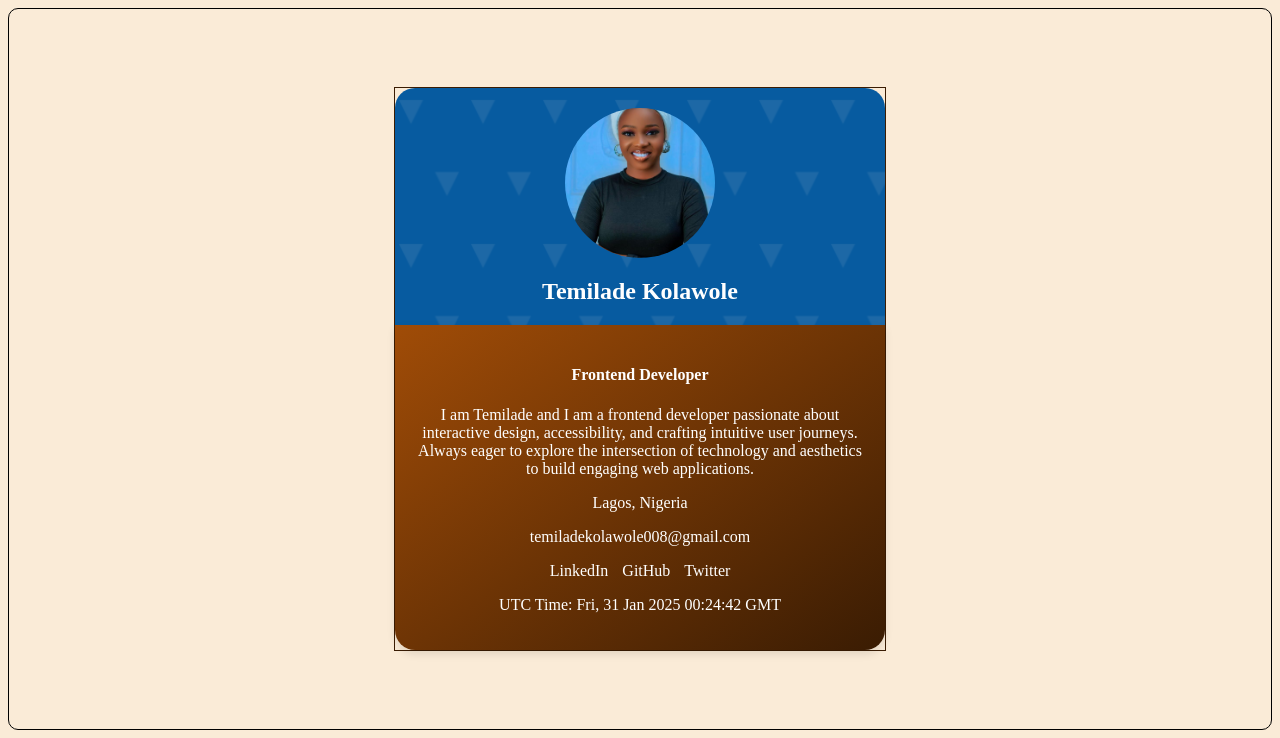
Repository: KolawoleTemilade/ticket-guarantor
Page: profilecard/index..html
These files come from the project's save history. The page is drawn as it stood at one moment and after the next save; the edit follows.
The browser window is 1280 px wide. The pictures show the whole page.

Above is the page before, as saved 2025-02-05 00:56:49.

After the next save:
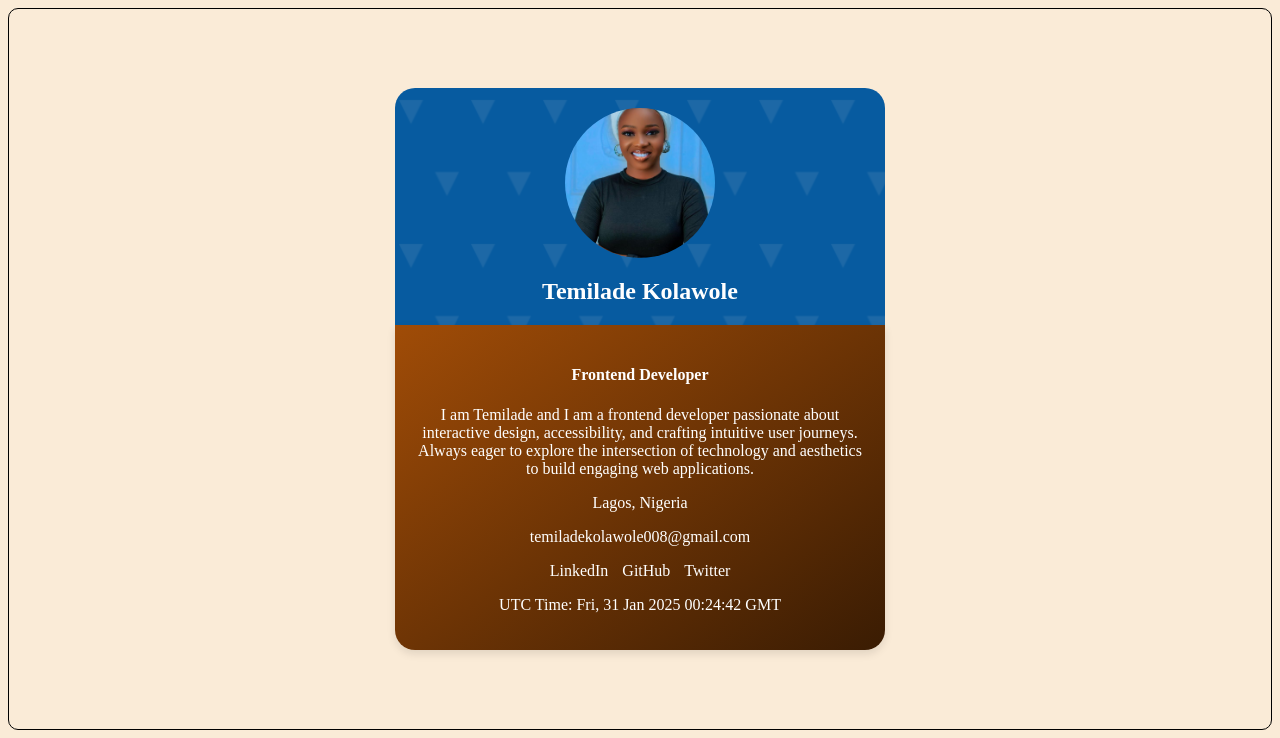
Saved 14 s later.
--- a/profilecard/style.css
+++ b/profilecard/style.css
@@ -7,10 +7,7 @@ body {
   border-radius: 10px;
   background-color: antiquewhite;
 }
-section{
-  border: 1px solid #3A1C03;
-  /* border-radius: 20px; */
-}
+
 .card {
   background: #fff;
   padding: 20px;
